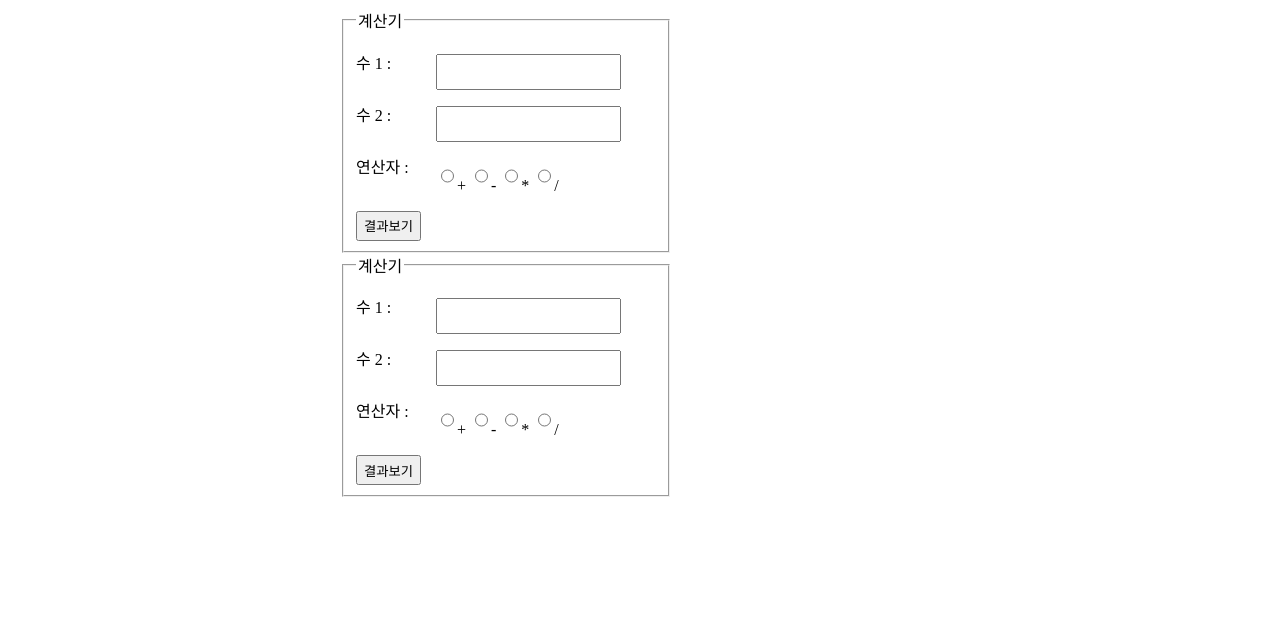
Repository: wjsjsn/23_jspstudy
Page: 01_servlet/src/main/webapp/view/ex07.html
An editor plug-in stored every save of this project. The page is shown before and after the next save, followed by the edit.
The browser window is 1280 px wide. The pictures show the whole page.

Above is the page before, as saved 2023-06-30 05:45:14.

### 01_servlet/src/main/webapp/view/ex07.html
<!DOCTYPE html>
<html>
<head>
<meta charset="UTF-8">
<title>Insert title here</title>
<style type="text/css">
	fieldset {
		width: 300px;
	}

	#mydiv, #mydiv2 {
		width: 600px;
		margin: auto;
	}

	label {
		width: 80px;
		height: 30px;
		float: left;
		line-height: 20px;
	}

	input {
	height: 30px;
}
</style>
<script type="text/javascript">
	function this_go(f) {
		// form에 action이 있으면 생략 가능, 없으면 코딩해야함
		f.action="/01_servlet/Ex07";
		f.submit();
	}
</script>
</head>
<body>
	<div id="mydiv">
	<form method="post">
	<fieldset>
	<legend>계산기</legend>
		<p><label for="su1">수 1 : </label>
			<input type="number" name="su1" id="su1" required></p>
		<p><label for="su2">수 2 : </label>
			<input type="number" name="su2" id="su2" required></p>
			<p>
        <label>연산자 : </label>
			<input type="radio" name="op" value="+">+
			<input type="radio" name="op" value="-">-
			<input type="radio" name="op" value="*">*
			<input type="radio" name="op" value="/">/
			</p>
				<input type="submit" value="결과보기">
			</fieldset>
		</form>
	</div>
	<div id="mydiv2">
	<form action="/01_servlet/Ex07" method="post">
	<fieldset>
	<legend>계산기</legend>
		<p><label for="su1">수 1 : </label>
			<input type="number" name="su1" id="su1" required></p>
		<p><label for="su2">수 2 : </label>
			<input type="number" name="su2" id="su2" required></p>
			<p>
	        <label>연산자 : </label>
			<input type="radio" name="op" value="+">+
			<input type="radio" name="op" value="-">-
			<input type="radio" name="op" value="*">*
			<input type="radio" name="op" value="/">/
			</p>
				<input type="button" value="결과보기" onclick="">
			</fieldset>
		</form>
	</div>
</body>
</html>

After the next save:
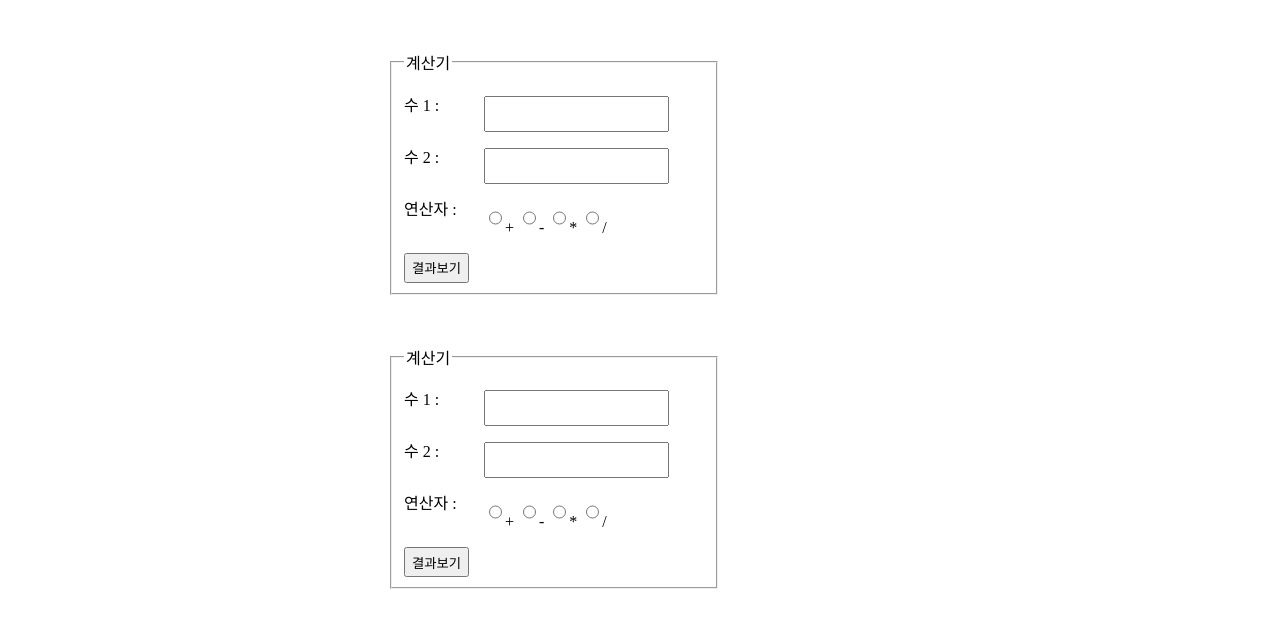
Saved 31 s later.
--- a/01_servlet/src/main/webapp/view/ex07.html
+++ b/01_servlet/src/main/webapp/view/ex07.html
@@ -6,6 +6,7 @@
 <style type="text/css">
 	fieldset {
 		width: 300px;
+		margin: 50px;
 	}
 
 	#mydiv, #mydiv2 {
